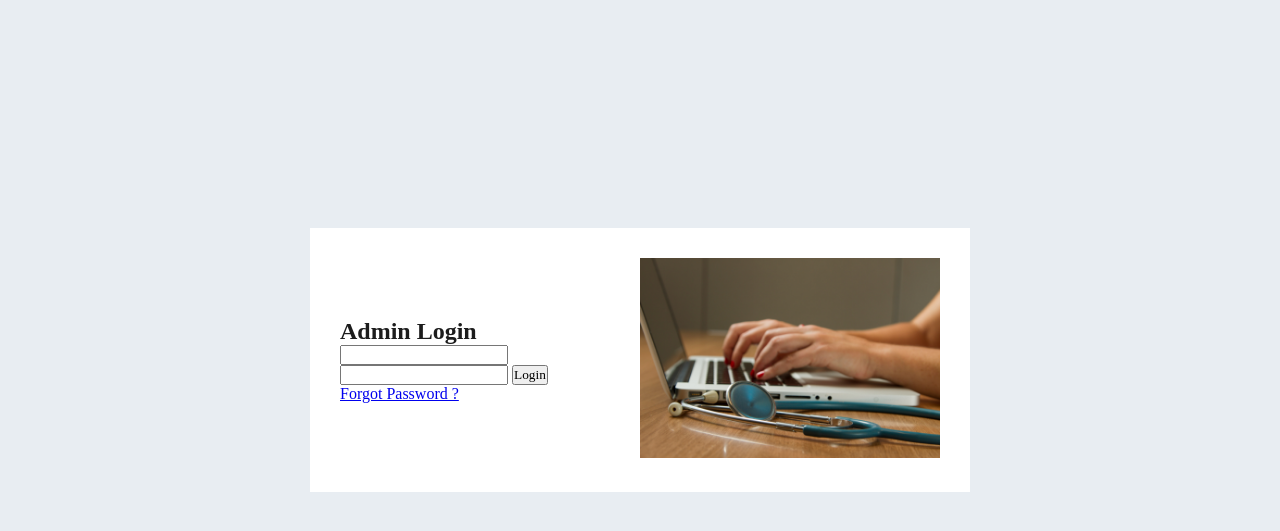
Repository: GauraVPandeyyy/Final-Neuro-dentica
Page: http://localhost/Admin-Panel/login.php
An editor plug-in stored every save of this project. The page is shown before and after a run of saves, followed by the edit.
The browser window is 1280 px wide. The pictures show the whole page.
The page is run by PHP 8.4 with error messages shown; the project is at /var/www/html/.

Above is the page before, as saved 2024-11-10 19:17:15.

### Admin-Panel/login.php
<!DOCTYPE html>
<html lang="en">

<head>
    <meta charset="UTF-8">
    <title>Admin Login</title>
    <link rel="stylesheet" href="login.css">
</head>

<body>
    <div class="container">
        <div class="myForm">
            <h2>Admin Login</h2>
            <form method="POST">
                <!-- <label for="username">Username:</label> -->
                <input type="text" name="username" id="username" required>

                <!-- <label for="password">Password:</label> -->
                <input type="password" name="password" id="password" required>

                <button type="submit" name="login">Login</button>
            </form>
            <div class="extra">
                <a href="#">Forgot Password ?</a>
            </div>

        </div>
        <div class="image">
            <img src="DoctorImage.jpg" alt="" width="300px">
        </div>

    </div>
    <?php

    require("../config.php");

    if (isset($_POST['login'])) {


        $query = "SELECT * FROM `admin_users` WHERE `username` = '$_POST[username]' AND `password` = '$_POST[password]'";

        $result = mysqli_query($conn, $query);

        if (mysqli_num_rows($result) === 1) {
            session_start();
            $_SESSION['admin_logged_in'] = true;
            // $_SESSION['adminLoggedIn'] = $_POST['username'];
            header("Location: dashboard.php");
            exit();
        } else {
            echo "<script> alert('Incorrect Password');</script>";
        }
    }
    ?>

</body>

</html>

### config.php
<?php
$host = "localhost";
$user = "root";        // Default XAMPP username
$password = "";        // Default XAMPP password
$dbname = "mkappointmentdb"; // Your database name

$conn = new mysqli($host, $user, $password, $dbname);

if ($conn->connect_error) {
    die("Connection failed: " . $conn->connect_error);
}
?>

### Admin-Panel/login.css
*{
    padding: 0;
    margin: 0;
    box-sizing: border-box;
    font-family: poppins;
}
body{
    background-color: #e8edf2;
    /* display: flex;
    align-items: center;
    justify-content: center; */
}
.container{
    position: absolute;
    top: 50%;
    left: 50%;
    transform: translate(-50%,-50%);

    display: flex;
    align-items: center;
    flex-direction: row;

    background-color: #fff;
    padding: 30px;
}

div.container div.myForm{
    width: 270px;
    margin-right: 30px;
}
div.container div.myForm h2{
    color: #1c1c1c;
    mar
}

After the next 2 saves:
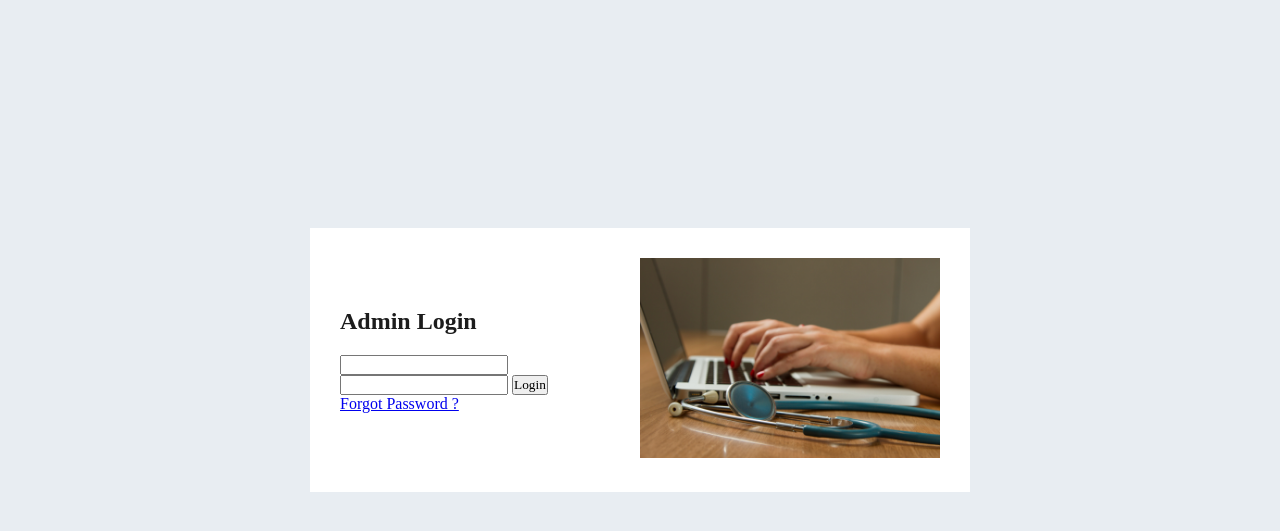
The 2 saves are shown as one change because they came seconds apart.
The last was saved 7 s later.
--- a/Admin-Panel/login.css
+++ b/Admin-Panel/login.css
@@ -30,5 +30,5 @@ div.container div.myForm{
 }
 div.container div.myForm h2{
     color: #1c1c1c;
-    mar
+    margin-bottom: 20px;
 }
